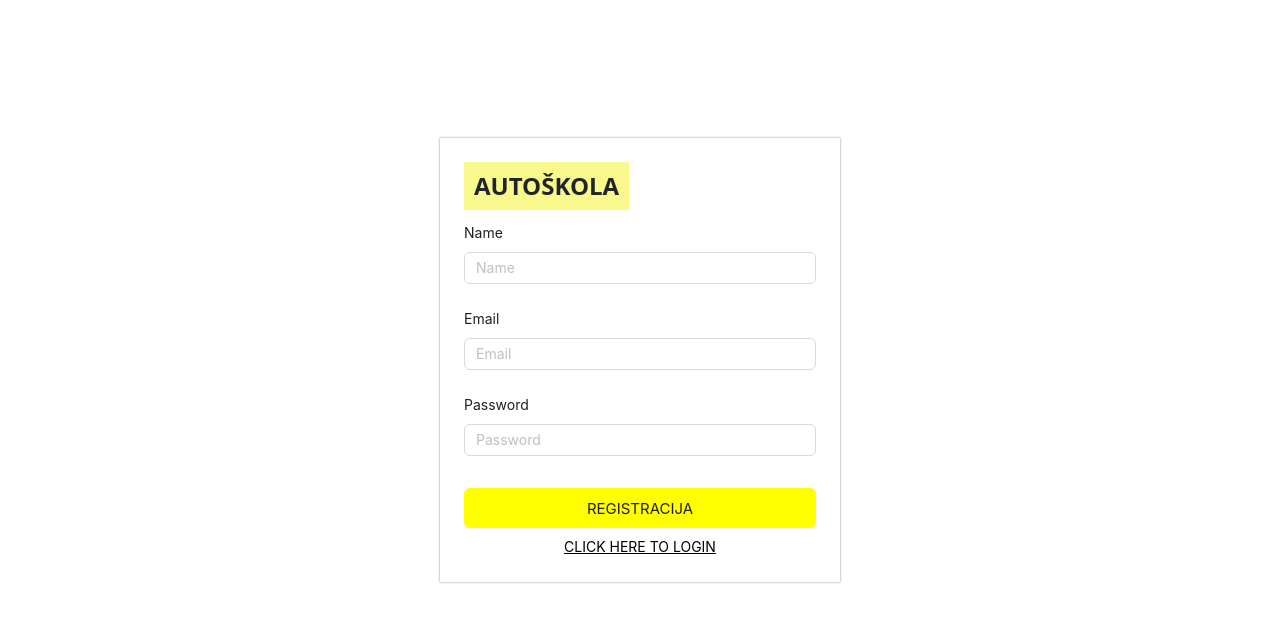
Repository: jbabicsus/okviri
Page: /registracija (app in autoskola/)
An editor plug-in stored every save of this project. The page is shown before and after the next save, followed by the edit.
The browser window is 1280 px wide. The pictures show the whole page.
The project was rebuilt for these pictures with package versions that can differ from the ones it lists, and the page was loaded fresh each time. Also part of the build but not shown: autoskola/src/stranice/Login.js.

Above is the page before, as saved 2024-05-12 14:19:26.

After the next save:
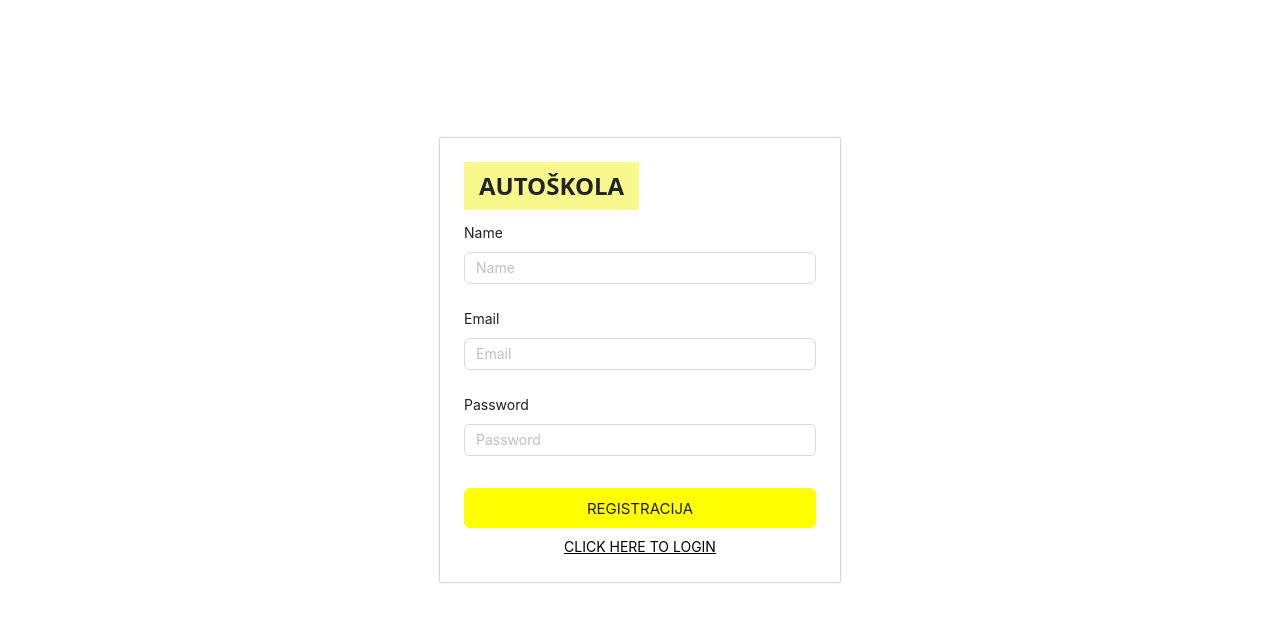
Saved 10 s later.
--- a/autoskola/src/index.css
+++ b/autoskola/src/index.css
@@ -50,5 +50,5 @@ input{
   font-weight: bold;
   background-color: rgb(248, 248, 141);
   max-width: max-content;
-  padding: 10px;
+  padding: 10px 15px;
 }
